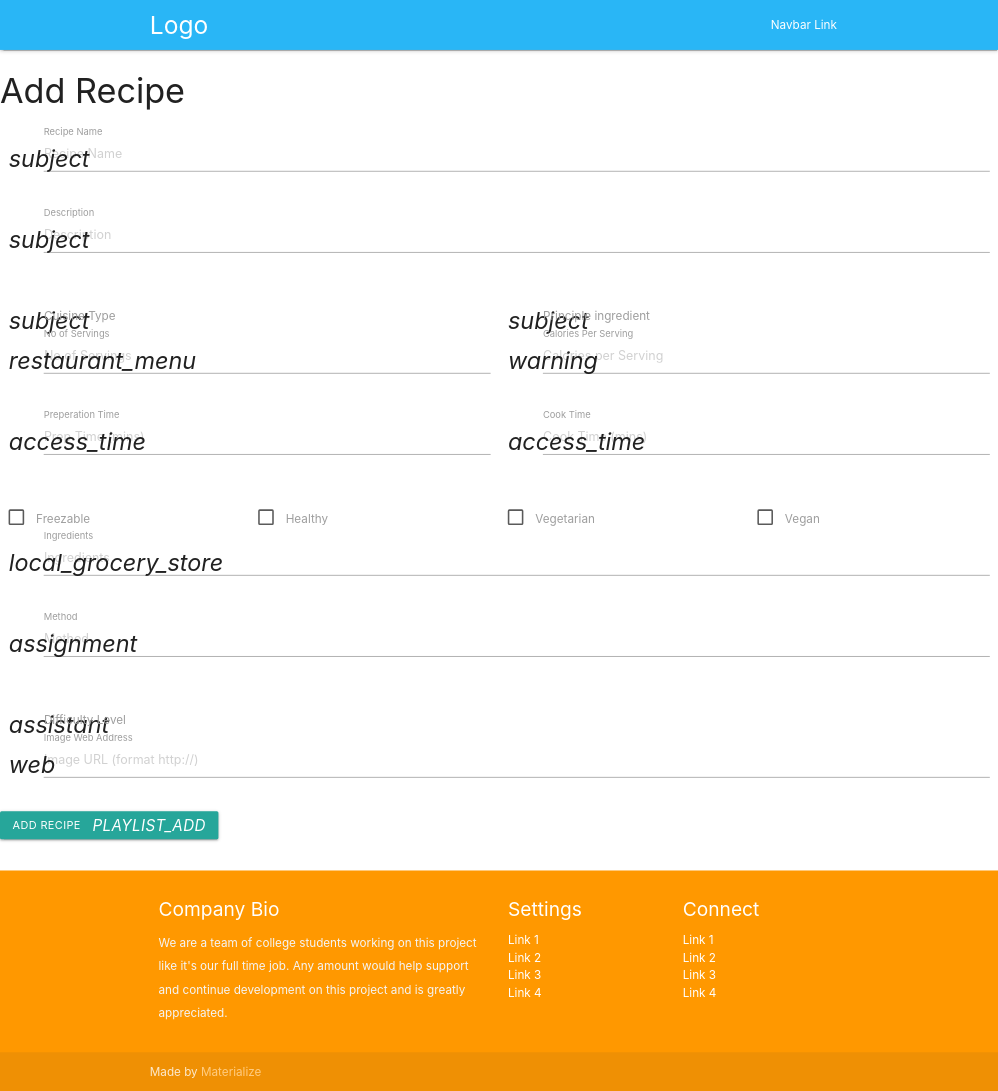
Repository: keefm6776/cookery-website
Page: templates/add_recipe.html
The author's editor kept a record of every edit. The page is drawn from the files as they stood at one moment, then again after the next edit.
The browser window is 1280 px wide. The pictures show the whole page, at 78% of full size.
The page is served by the project's application, run on Flask 3 (app.py). The template is opened directly, without the code that normally fills it, so the values that code supplies are empty.

Above is the page before.
Console error: ReferenceError: jQuery is not defined

After the next edit:
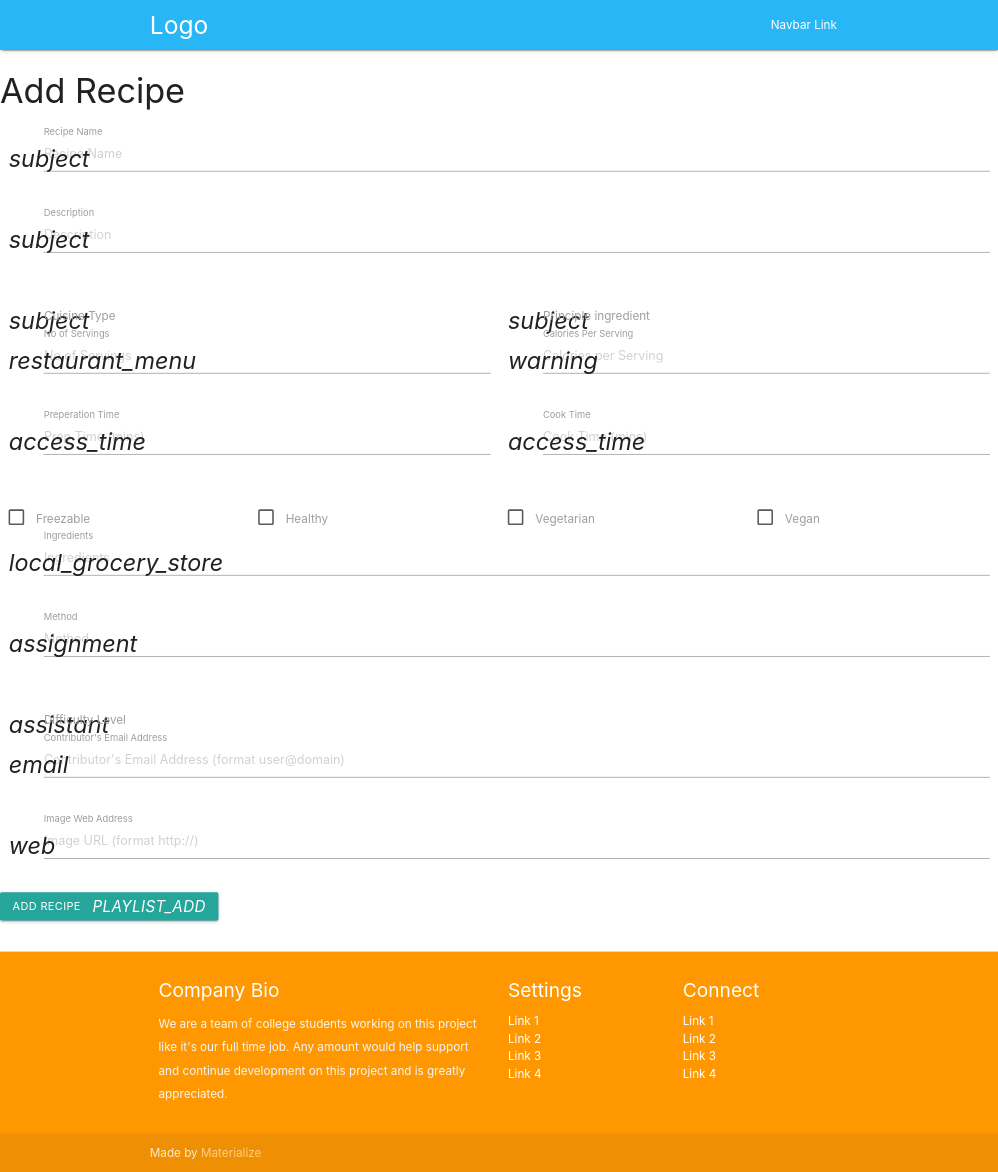
The edit:
--- a/templates/add_recipe.html
+++ b/templates/add_recipe.html
@@ -124,7 +124,7 @@
             <div class="input-field col s12">
                 <i class="material-icons prefix">local_grocery_store</i>
                 <label>Ingredients</label>
-                <input placeholder="Ingredients" id="ingredients" name="ingredients" type="text"/>
+                <input placeholder="Ingredients" id="ingredients" name="ingredients" type="text" />
             </div>
             <!-- input-field -->
         </div>
@@ -134,7 +134,7 @@
             <div class="input-field col s12">
                 <i class="material-icons prefix">assignment</i>
                 <label>Method</label>
-                <input placeholder="Method" id="method" name="method" type="text"/>
+                <input placeholder="Method" id="method" name="method" type="text" />
             </div>
             <!-- input-field -->
         </div>
@@ -157,6 +157,17 @@
 
         <div class="row">
             <div class="input-field col s12">
+                <i class="material-icons prefix">email</i>
+                <label>Contributor's Email Address</label>
+                <input placeholder="Contributor's Email Address (format user@domain)" id="contributor_email" name="contributor_email" type="email" class="validate">
+            </div>
+            <!-- input-field -->
+        </div>
+        <!-- Row -->
+
+
+        <div class="row">
+            <div class="input-field col s12">
                 <i class="material-icons prefix">web</i>
                 <label>Image Web Address</label>
                 <input placeholder="Image URL (format http://)" id="image_url" name="image_url" type="url" class="validate">
